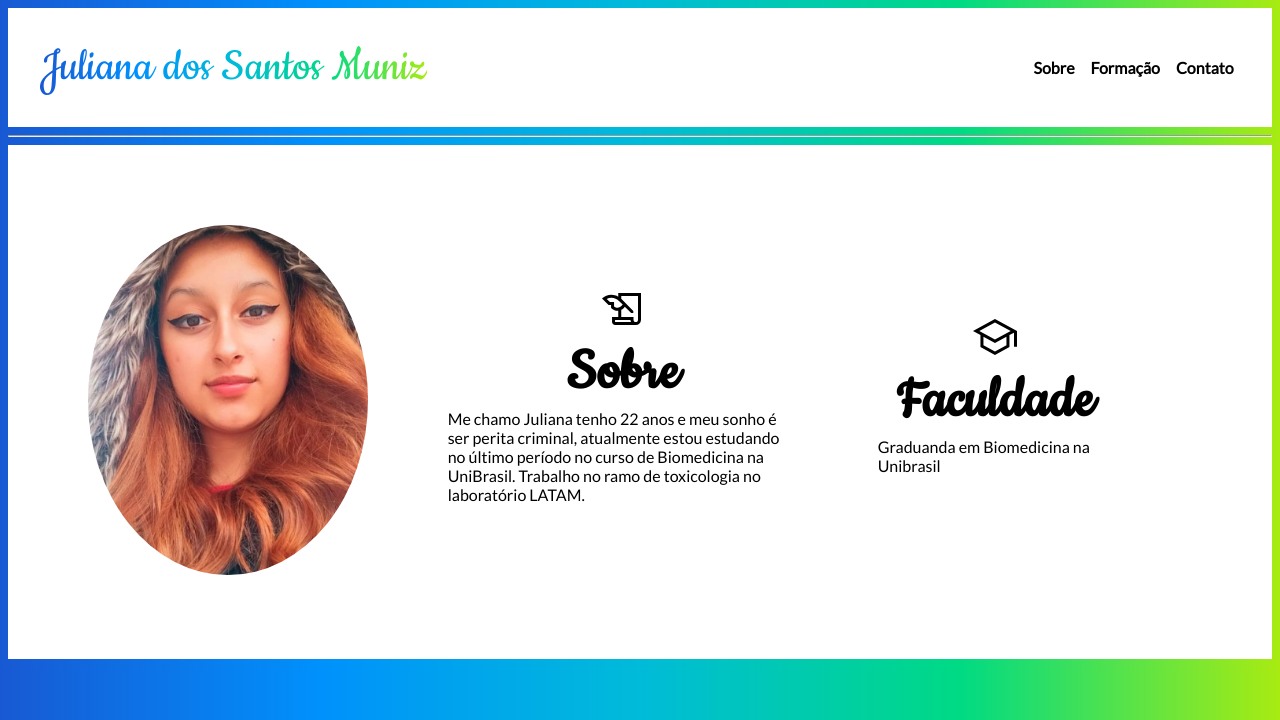
Repository: joaovnogueira/Portfolio-Juliana
Page: index.html
The author's editor kept a copy of each file at every save. The page is drawn from the files as they stood at one save, then again after the next save.
The browser window is 1280 px wide. The pictures show the whole page.

Above is the page before, as saved 2022-06-14 16:27:35.

### index.html
<!DOCTYPE html>
<html lang="en">
<head>
    <link rel="stylesheet" href="styles.css">
    <meta charset="UTF-8">
    <meta http-equiv="X-UA-Compatible" content="IE=edge">
    <meta name="viewport" content="width=device-width, initial-scale=1.0">
    <title>Portfólio Juliana</title>
</head>
<body>
    <header>
        <nav>
            <div class="logo">Juliana dos Santos Muniz</div>
            <div class="menu">
                <a href="">Sobre</a>
                <a href="">Formação</a>
                <a href="">Contato</a>
            </div>
        </nav>
    </header>
    <hr>
    <main>
        <div class="perfil">
            <div class="foto">
                <img src="./assets/foto-perfil.png" alt="Foto de perfil" class="fotoperfil">
            </div>
            <div class="conteudo">
                <img src="./assets/sobre.svg" alt=""><h1>Sobre</h1>
                <p>Me chamo Juliana tenho 22 anos e meu sonho é ser perita criminal,
                atualmente estou estudando no último período no curso de Biomedicina na UniBrasil.
                Trabalho no ramo de toxicologia no laboratório LATAM.</p>
            </div>
            <div class="conteudo">
                <img src="./assets/faculdade.svg" alt=""><h1>Faculdade</h1>
                <p>Graduanda em Biomedicina na Unibrasil</p>
            </div>
        </div>
    </main>
    <footer></footer>
</body>
</html>

### styles.css
@import url('https://fonts.googleapis.com/css2?family=Cookie&display=swap');
@import url('https://fonts.googleapis.com/css2?family=Lato&display=swap');

body{
    background-image: linear-gradient(to right, #1859d3, #0091fc, #00bbd9, #00da84, #a8eb12);

}

header {
    background-color: #FFFFFF;
    padding: 2rem;
    align-items: center;
}

nav{
    display: flex;
    justify-content: space-between;
    align-items: center;
}

.logo{
    font-family: 'Cookie', cursive;
    font-size: 50px;
    background-clip: text;
    -webkit-background-clip: text;
    background-image: linear-gradient(to right, #1859d3, #0091fc, #00bbd9, #00da84, #a8eb12);
    color: transparent;
}

.menu{
    font-family: 'Lato', sans-serif;
    font-weight: bold;
}

a{
    text-decoration: none;
    color: black;
    margin: .4rem;
}

hr{
    background-color: #FFFFFF;
}



.perfil {
    display: flex;
    padding: 5rem;
    align-items: center;
    background-color: #FFFFFF;

}

.foto{
    align-items: center;
    margin-right: 80px;

}

.conteudo{
    align-items: center;
    max-width: 350px;
    max-height: 100vh;
    text-align: center;
    margin-right: 80px;
}

h1{
    font-family: 'Cookie', cursive;
    font-weight: bold;
    font-size: 64px;
    vertical-align:middle;
    margin-bottom: 1px;
    margin-top: 1px;
}

p{
    margin-top: 1px;
    font-family: 'Lato', sans-serif;
    text-align: left;
}

.fotoperfil{
    border-radius: 50%;
    max-width:750px;
    max-height:350px;
    width: auto;
    height: auto;
}

.icon{
    max-width: 40px;
    max-height:40px;
}

After the next save:
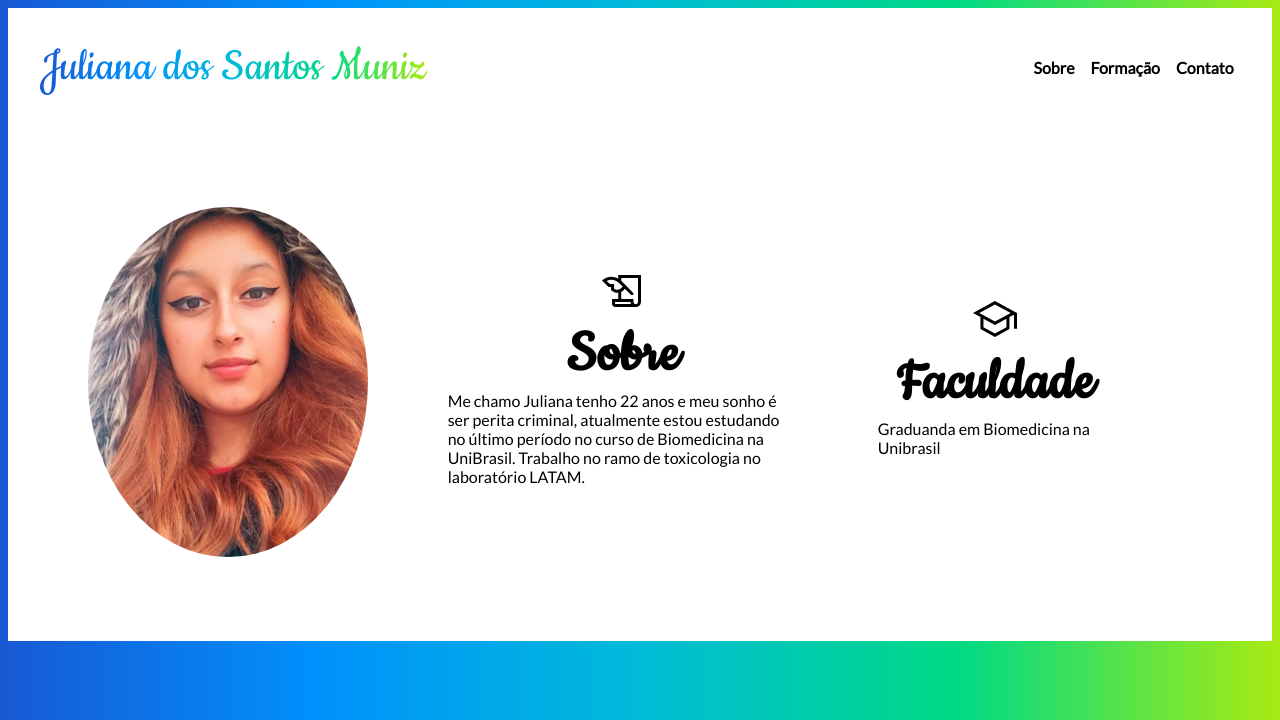
Saved 66 s later.
--- a/index.html
+++ b/index.html
@@ -18,7 +18,6 @@
             </div>
         </nav>
     </header>
-    <hr>
     <main>
         <div class="perfil">
             <div class="foto">
